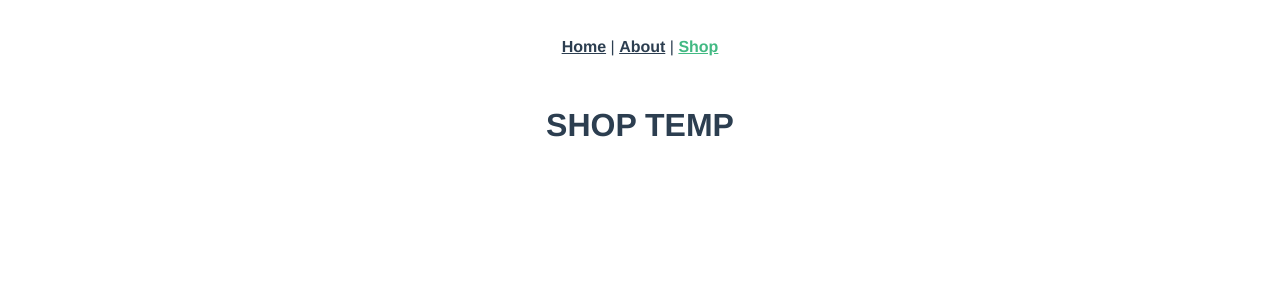
Repository: ramcd86/vuetest
Page: /#/shop
These files come from the project's save history. The page is drawn as it stood at one moment and after the next save; the edit follows.
The browser window is 1280 px wide. The pictures show the whole page.
The project was rebuilt for these pictures with package versions that can differ from the ones it lists, and the page was loaded fresh each time. Requests to the local data server were answered from the project's data file.

Above is the page before, as saved 2019-07-08 09:22:42.

### public/index.html
<!DOCTYPE html>
<html lang="en">
  <head>
    <meta charset="utf-8">
    <meta http-equiv="X-UA-Compatible" content="IE=edge">
    <meta name="viewport" content="width=device-width,initial-scale=1.0">
    <link rel="icon" href="<%= BASE_URL %>favicon.ico">
    <title>storeapp</title>
  </head>
  <body>
    <noscript>
      <strong>We're sorry but storeapp doesn't work properly without JavaScript enabled. Please enable it to continue.</strong>
    </noscript>
    <div id="app"></div>
    <!-- built files will be auto injected -->
  </body>
</html>

### src/App.vue
<template>
  <div id="app">
    <div id="nav">
      <router-link to="/">Home</router-link> |
      <router-link to="/about">About</router-link> |
      <router-link :bind="this.queryData" to="/shop">Shop</router-link>
    </div>
    <router-view />
  </div>
</template>


<script>
import { get, post } from "@/helpers/Utilities.js";

export default {


  data() {
    return {
      get: get,
      post: post,

      queryData: []
    };
  },

  created() {},

  methods: {},

  mounted() {
    // this.Util.log();
    // this.logger("testys");
    this.get("http://localhost:3000/employees").then(resp => {
      this.queryData = resp;
    }).then(() => {
      // console.log('queryData', this.queryData);
    }) ;
  }
};
</script>


<style lang="scss">
#app {
  font-family: "Avenir", Helvetica, Arial, sans-serif;
  -webkit-font-smoothing: antialiased;
  -moz-osx-font-smoothing: grayscale;
  text-align: center;
  color: #2c3e50;
}
#nav {
  padding: 30px;
  a {
    font-weight: bold;
    color: #2c3e50;
    &.router-link-exact-active {
      color: #42b983;
    }
  }
}
</style>

### src/router.js
import Vue from 'vue'
import Router from 'vue-router'
import Home from './views/Home.vue'
import Shop from './views/Shop.vue'

Vue.use(Router)

export default new Router({
  routes: [
    {
      path: '/',
      name: 'home',
      component: Home
    },
    {
      path: '/shop',
      name: 'shop',
      component: Shop
    },
    {
      path: '/about',
      name: 'about',
      // route level code-splitting
      // this generates a separate chunk (about.[hash].js) for this route
      // which is lazy-loaded when the route is visited.
      component: () => import(/* webpackChunkName: "about" */ './views/About.vue')
    }
  ]
})

### src/helpers/Utilities.js
export const logger = (arg) => {
    console.log(arg);
}


export const post = (value) => {
    return new Promise((resolve, reject) => {
        const request = new XMLHttpRequest();
        request.timeout = 2000;
        request.open('POST', value.url, true);
        request.setRequestHeader('Content-Type', 'application/x-www-form-urlencoded; charset=UTF-8');
        request.send(value.data);
        request.onreadystatechange = (e) => {
            if (request.readyState === 4) {
                if (request.status === 200) {
                    resolve(request.response);
                } else {
                    reject(request.status);
                }
            }
        };
        request.timeout = () => {
            reject("The operation timed out.");
        };
    });

}

export const get = (url) => {
    return new Promise((resolve, reject) => {
        const request = new XMLHttpRequest();
        request.timeout = 2000;
        request.onreadystatechange = function (e) {
            if (request.readyState === 4) {
                if (request.status === 200) {
                    resolve(request.response);
                } else {
                    reject(request.status);
                }
            }
        };
        request.ontimeout = function () {
            reject("The operation timed out.");
        };
        request.open('get', url, true);
        request.send();
    });
}

### src/views/Shop.vue

// Template
<template>
    <div>
    <h1>SHOP TEMP</h1>
    </div>
</template>

// Script
<script>
export default {
    name: 'shop',

    props: ['queryData'],

    mounted() {
        console.log(this.queryData);
    }
}
</script>

// Style
<style lang="scss" scoped>


</style>

### src/mock/db.json
{
  "employees": [
    {
      "id": 1,
      "first_name": "Sebastian",
      "last_name": "Eschweiler",
      "email": "sebastian@codingthesmartway.com"
    },
    {
      "id": 2,
      "first_name": "Steve",
      "last_name": "Palmer",
      "email": "steve@codingthesmartway.com"
    },
    {
      "id": 3,
      "first_name": "Ann",
      "last_name": "Smith",
      "email": "ann@codingthesmartway.com"
    }
  ]
}

### src/views/Home.vue
<template>
  <div class="home">
    <img alt="Vue logo" src="../assets/logo.png">
    <HelloWorld msg="Welcome to Your Vue.js App"/>
  </div>
</template>

<script>
// @ is an alias to /src
import HelloWorld from '@/components/HelloWorld.vue'


export default {
  name: 'home',
  components: {
    HelloWorld
  }
}
</script>

Loaded but not shown: src/main.js (common file); src/components/HelloWorld.vue (common file)

After the next save:
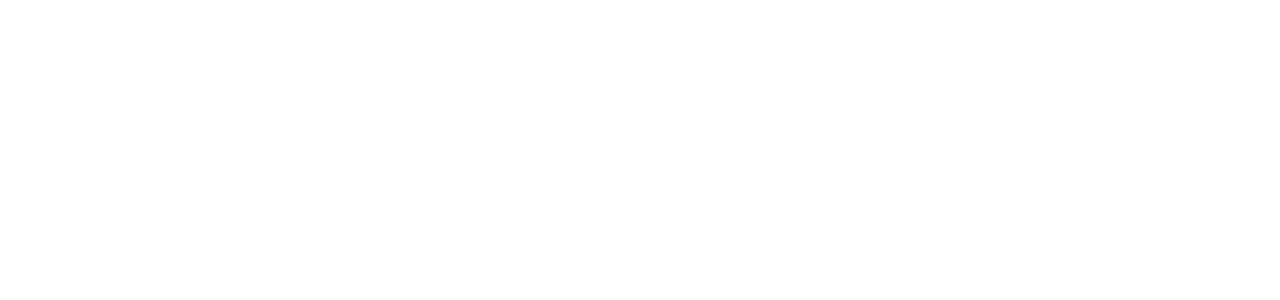
Console error: ReferenceError: queryData is not defined
Saved 2 min 13 s later.
--- a/src/views/Shop.vue
+++ b/src/views/Shop.vue
@@ -11,10 +11,12 @@
 export default {
     name: 'shop',
 
-    props: ['queryData'],
+    props: {
+        data: queryData
+    },
 
     mounted() {
-        console.log(this.queryData);
+        console.log(this.data);
     }
 }
 </script>

After the save that followed:
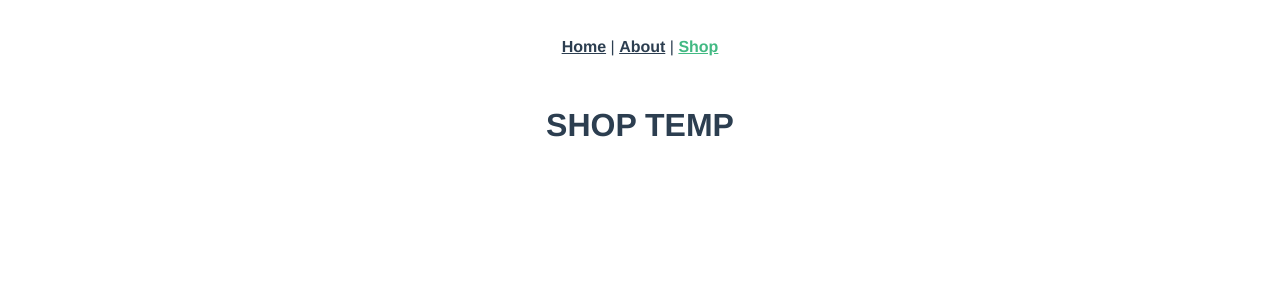
The error is gone.
Saved 22 s later.
--- a/src/views/Shop.vue
+++ b/src/views/Shop.vue
@@ -11,12 +11,10 @@
 export default {
     name: 'shop',
 
-    props: {
-        data: queryData
-    },
+    props: ['queryData'],
 
     mounted() {
-        console.log(this.data);
+        console.log(this.queryData);
     }
 }
 </script>
